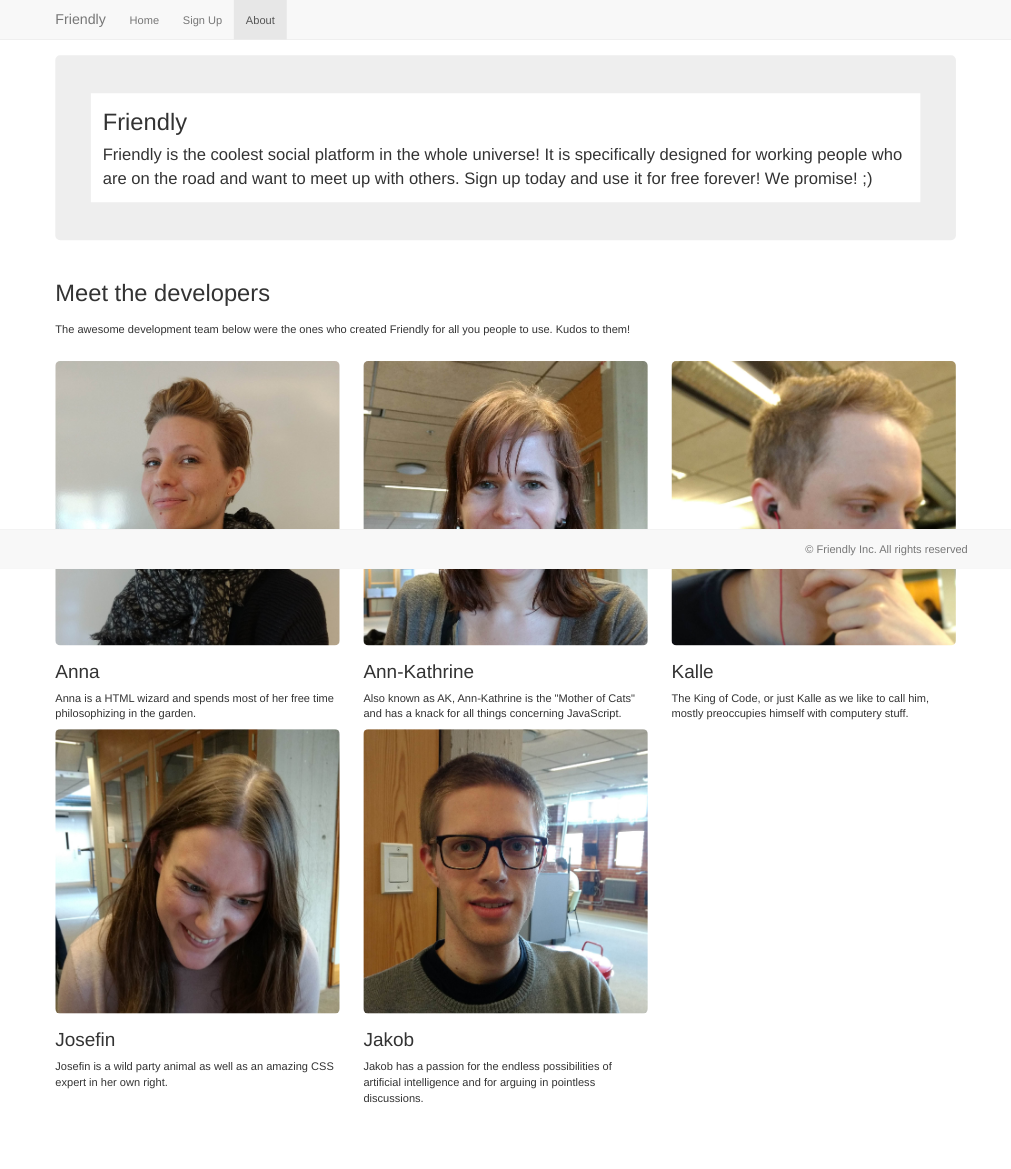
Repository: kristallklart/friendly_java
Page: http://localhost/FriendlyWeb/About.jsp
These files come from the project's save history. The page is drawn as it stood at one moment and after the next save; the edit follows.
The browser window is 1280 px wide. The pictures show the whole page, at 79% of full size.
Some web libraries are served in a nearby version. The page is served by Tomcat 9.

Above is the page before, as saved 2017-05-02 12:32:44.

After the next save:
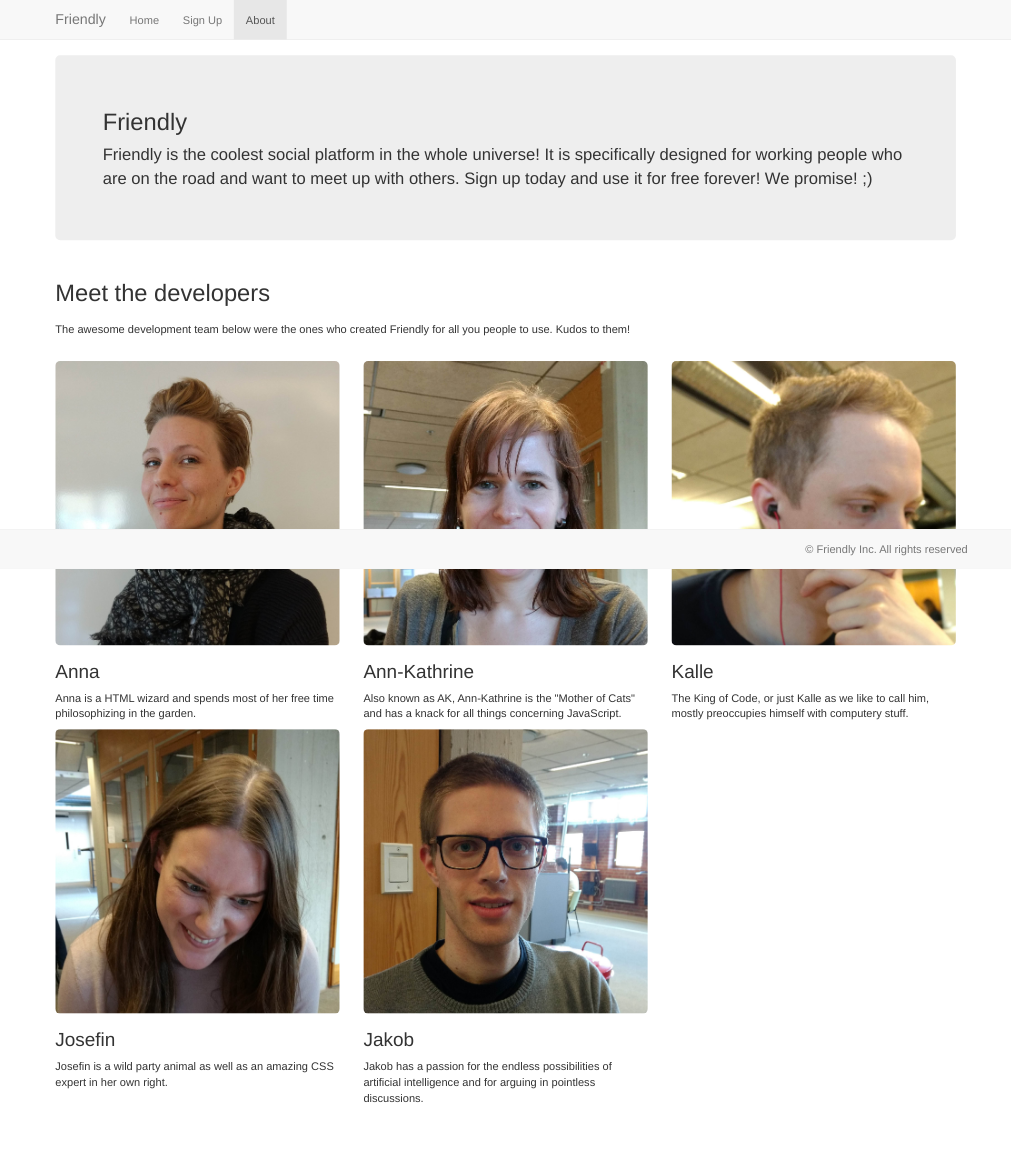
Saved 33 s later.
--- a/FriendlyWeb/WebContent/About.jsp
+++ b/FriendlyWeb/WebContent/About.jsp
@@ -46,13 +46,13 @@
 <div class="container">
 	<div class="jumbotron">
 			<div class="row">
-				<div class="col-xs-12" style="background-color:white;">
+				<div class="col-xs-12">
 					<h2> Friendly </h2>
 				</div>
 
 		</div>
 		<div class="row">
-			<div class="col-xs-12" style="background-color:white;">
+			<div class="col-xs-12">
 				<p> Friendly is the coolest social platform in the whole universe!
 					It is specifically designed for working people who are on the road and want to meet up with others.
 					Sign up today and use it for free forever! We promise! ;) </p>
